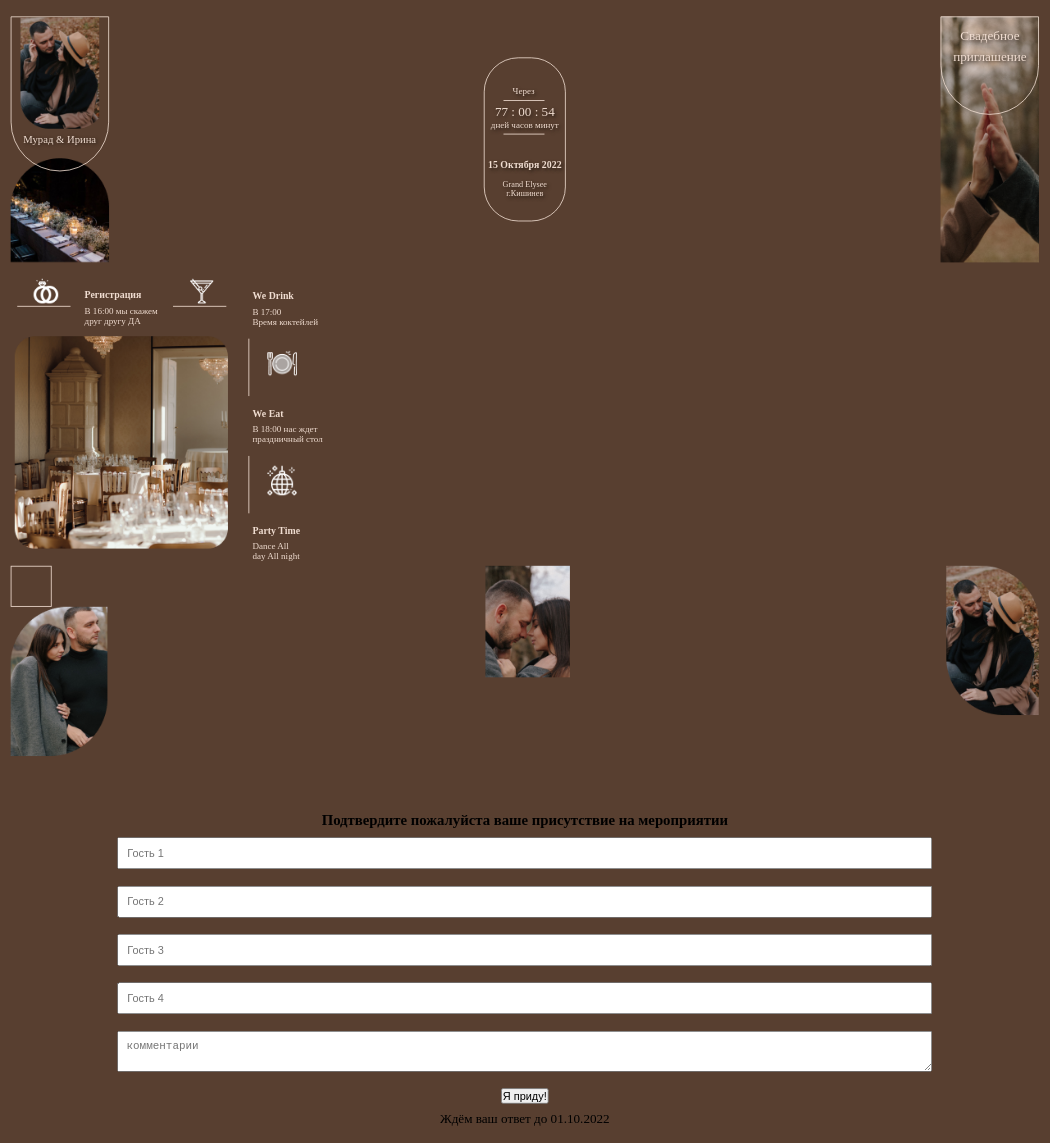
Repository: Anthony8845/wedding_invitation
Page: index.html
These files come from the project's save history. The page is drawn as it stood at one moment and after the next save; the edit follows.
The browser window is 1280 px wide. The pictures show the whole page, at 82% of full size.

Above is the page before, as saved 2022-07-30 11:42:10.

### index.html
<!DOCTYPE html>
<html lang="en">
<head>
    <meta charset="UTF-8">
    <meta http-equiv="X-UA-Compatible" content="IE=edge">
    <meta name="viewport" content="width=device-width, user-scalable=yes">
    <link rel="stylesheet" href="./style.css">
    <script defer src="./script.js"></script>
    <title>Приглашение на свадьбу</title>
</head>
<body>

    <div class="invitation">
        <div class="info">
            <div class="info_block">
                <div class="info_border">
                    <div class="info_img-u"></div>
                    <div class="info_name">Мурад & Ирина</div>
                </div>
                <div class="info_img-d"></div>
            </div>
            <div class="info_block">
                <div class="block__data">
                    <div class="container">
                        <span class="bord">Через</span>
                        <p id="timer">
                            <span id="timer-days"></span>
                            <span id="timer-hours"></span>
                            <span id="timer-mins"></span>
                            <br>
                        </p>
                        <div >
                            <span>дней</span>
                            <span>часов</span>
                            <span>минут</span>
                        </div>
                       <div class="date_border"></div>
                    </div>
                    <div class="info_date">
                        <h4>15 Октября 2022</h4>
                        <p>Grand Elysee <br>
                            г.Кишинев</p>
                    </div>
                </div>
            </div>
            <div class="info_block">
                <div class="info_invitation">Свадебное<br>приглашение</div>
                <div class="info_img-r"></div>
            </div>

        </div>
        <div class="timetable">
            <div class="timetable_block">
                <div class="block_icon">
                    <div class="icon_reg icon"></div>
                    <div class="line_icon-d"></div>
                </div>
                <div class="block_reg">
                    <h4>Регистрация</h4>
                    <p>В 16:00 мы скажем <br> друг другу ДА</p>
                </div>
                <div class="block_icon">
                    <div class="icon_drink icon"></div>
                    <div class="line_icon-d"></div>
                </div>

            </div>
            <div class="timetable_block">
                <div class="img_table"></div>
            </div>
            <div class="timetable_block">
                <div class="block_drink">
                    <h4>We Drink</h4>
                    <p>В 17:00<br> Время коктейлей</p>
                </div>
                <div class="block_icon">
                    <div class="icon_eat icon"></div>
                    <div class="line_icon-l"></div>
                </div>

                <div class="block_eat">
                    <h4>We Eat</h4>
                    <p>В 18:00 нас ждет <br> праздничный стол</p>
                </div>

                <div class="block_icon">
                    <div class="icon_party icon"></div>
                    <div class="line_icon-l"></div>
                </div>

                <div class="block_party">
                    <h4>Party Time</h4>
                    <p>Dance All<br> day All night</p>
                </div>
            </div>
        </div>
        <div class="thanks">
            <div class="thanks_one">
                <div class="one_border"></div>
                <div class="one_img"></div>
            </div>
            <div class="thanks_two">
                <div class="two"></div>
                <div class="two_img"></div>
            </div>
            <div class="thanks_three">
                <div class="three_img"></div>
                <div class="three_border"></div>
            </div>
        </div>
        <form class="form"  action="mail.php"  method="POST" >
            <h2 class="form__header">Подтвердите пожалуйста ваше присутствие на мероприятии</h2>
            <input class="form__input_item" type="text" name="Guest1" placeholder="Гость 1">
            <input class="form__input_item" type="text" name="Guest2" placeholder="Гость 2">
            <input class="form__input_item" type="text" name="Guest3" placeholder="Гость 3">
            <input class="form__input_item" type="text" name="Guest4" placeholder="Гость 4">
            <textarea class="form__comment" name="Comment" placeholder="комментарии"></textarea>
            <button class="form__btn">Я приду!</button>
        </form>
        <div class="footer">Ждём ваш ответ до 01.10.2022</div>
    </div>
</body>
</html>

### style.css
* {
    box-sizing: border-box;
    margin: 0;
    padding: 0;
}

body{

    padding: 20px 0;
    background-color: rgb(88, 63, 48);
}



.invitation {
    display: flex;
    flex-direction: column;
    margin: 0 1% 0 1%;
}
.info {
    text-align: center;
    margin-bottom: 20px;
    display: flex;
    justify-content: space-between;
    color: rgb(240, 221, 209);
    text-shadow: 2px 2px 4px rgb(44, 32, 24);
}
.info_block .block__data{
    display: flex;
    justify-content: center;
    align-items: center;
   margin-top: 50px;
}
.info_border {
    width: 120px;
    position: absolute;
    border: 1px solid rgb(240, 221, 209);
    padding-bottom: 30px;
    border-radius: 0 0 60px 60px;

}
.info_img-u {
    width: 120px;
    height: 136px;
    background: url(./img/IMG_2.png) no-repeat;
    margin-left: auto;
    margin-right: auto;
    width: 6em;
    margin-bottom: 5px;


}
.info_name {
    font-size: 13px;
}
.info_img-d {
    margin-top: 173px;
    width: 120px;
    height: 127px;
    background: url(./img/Image.png) no-repeat;
}

.info_img-r {
    width: 120px;
    height: 300px;
    background: url(./img/IMG_104-300.png) no-repeat;
    background-size: cover;
}


.block__data {
    font-size: 11px;
    display: flex;
    flex-direction: column;
    /* vertical-align: middle; */
    width: 100px;
    height: 200px;
    border: 1px solid rgb(240, 221, 209);
    border-radius: 42px;
}
.container{
    font-size: 11px;
}

.container #timer{
    font-size: 16px;
    /* display: flex;
    flex-direction: row; */
}

.info_timer {

}
#timer {
    padding: 5px 0 0 0;
}

.bord {
    display: block;
    width: 50px;
    padding: 5px 0;
    margin-left: 15px;
    border-bottom: 1px solid rgb(240, 221, 209);
}

.date_border {
    width: 50px;
    margin-left: 15px;
    padding: 0 0 5px 0;
    border-bottom: 1px solid rgb(240, 221, 209);
}

.info_date {
    margin-top: 30px;
    font-size: 10px;
}
.info_date h4 {
    font-size: 12px;
    padding-bottom: 10px;
}

.info_invitation{
    width: 120px;
    height: 120px;
    position: absolute;
    border: 1px solid rgb(240, 221, 209);
    border-radius: 0 0 60px 60px;
    padding-top: 10px;
    line-height: 25px;
}

.icon {
    width: 30px;
    height: 30px;
}

.block_icon{
    padding: 0 0 0 23px;
    width: 70px;
    height: 70px;
}

.line_icon-d{
    width: 65px;
    position: relative;
    right: 20px;
    padding-top: 3px;
    border-bottom: 1px solid rgb(240, 221, 209);
}
.line_icon-l{

}

.timetable {
    margin-left: 5px;
    font-size: 11px;
    color: rgb(240, 221, 209);
    max-width: 390px;
    height: 350px;
    display: flex;
    flex-direction: column;
    flex-wrap: wrap;

}
.timetable_block {
    /* text-align: center; */
    max-width: 260px;
    display: flex;
    justify-content: space-between;
}



.timetable_block:last-child {
    margin-top: 14px;
    margin-left: 1em;
    height: 330px;
    display: flex;
    flex-direction: column;
    /* justify-content: space-between; */
}

.timetable_block:last-child .block_icon{
    border-left: 1px solid rgb(240, 221, 209);
    padding: 12px 2px 0 22px;
    /* height: 30px; */
}

.timetable_block:last-child .icon {
    width: 36px;
    height: 36px;
}

.timetable_block h4 {
    font-size: 12px;
    padding-bottom: 5px;
}

.icon_reg {

    background: url(./img/wedding-rings.png) no-repeat ;
    background-size: contain;
}
.block_reg {
   padding-top: 5%;
}
.icon_drink {

    background: url(./img/martini.png) no-repeat;
    background-size: contain;
}
.img_table {
    width: 260px;
    height: 259px;
    background: url(./img/interior.png);
}
.block_drink {
    padding-left: 5px;
}
.icon_eat {
    background: url(./img/dish.png) no-repeat;
    background-size: contain;
}
.block_eat {
    padding-left: 5px;
}
.icon_party {
    background: url(./img/mirror-ball.png);
    background-size: contain;
}
.block_party {
    padding-left: 5px;
}
.thanks{
    display: flex;
    flex-direction: row;
    justify-content: space-between;
}
.thanks_one {
    width: 120px;
    height: 300px;
}
.one_border {
    width: 50px;
    height: 50px;
    border: 1px solid rgb(240, 221, 209);
}
.one_img {
    width: 118px;
    height: 182px;
    background: url(./img/IMG1.png);
}
.thanks_two {
}
.two {
}
.two_img {
    width: 103px;
    height: 136px;
    background: url(./img/IMG2.png);
}
.thanks_three {
}
.three_border {
}
.three_img {
    width: 113px;
    height: 182px;
    background: url(./img/IMG3.png);
}



.form {

    text-align: center;
    margin: 0 10%;

    display: flex;
    flex-direction: column;

}

.form::after {
    content: '';
    position: absolute;
    top: 0;
    left: 0;
    width: 100%;
    height: 100%;
    background: #767676 url(./img/heart.gif) center /50px no-repeat;
    opacity: 0;
    visibility: hidden;
}

.form._sending::after {
    opacity: 0.8;
    visibility: visible;
}


.form__header {
    font-size: 18px;
}

.form__input_item {
    margin: 10px 5px;
    padding: 10px 10px;

}

.form__comment {
    padding: 10px 10px;
    margin: 10px 5px;
    resize: vertical;
    height: 50px;
}

.form__btn {
    margin: 0 auto;
    margin-top: 10px;
    max-width: 70px;
}

.footer {
    margin-top: 10px;
    text-align: center;
}

### script.js
var endDate = new Date("Oct 15, 2022 12:00:00").getTime();
var timer = setInterval(function() {
    let now = new Date().getTime();
    let t = endDate - now;

    if (t >= 0) {

        let days = Math.floor(t / (1000 * 60 * 60 * 24));
        let hours = Math.floor((t % (1000 * 60 * 60 * 24)) / (1000 * 60 * 60));
        let mins = Math.floor((t % (1000 * 60 * 60)) / (1000 * 60));


        document.getElementById("timer-days").innerHTML = days +
        "<span class='label'> :</span>";

        document.getElementById("timer-hours").innerHTML = ("0"+hours).slice(-2) +
        "<span class='label'> :</span>";

        document.getElementById("timer-mins").innerHTML = ("0"+mins).slice(-2) +
        "<span class='label'></span>";


    } else {
        document.getElementById("timer").innerHTML = "The countdown is over!";

    }

}, 1000);


// 'use strict'

// document.addEventListener('DOMContentLoaded', function () {
//     const form = document.querySelector('.form');

//     form.addEventListener('submit', formSend);

//     async function formSend(e) {
//         e.preventDefault();

//         let formData = new FormData(form)


//         form.classList.add('_sending')

//         let responce = await fetch('send.php', {
//             method: 'POST',
//             body: formData
//         })
//         console.log(responce)
//         if(responce.ok) {
//             let result = await responce.json();
//             console.log(result.message)
//             form.reset()
//             form.classList.remove('_sending')

//         }else{
//             alert('Error бл')
//         }
//     }
// })

After the next save:
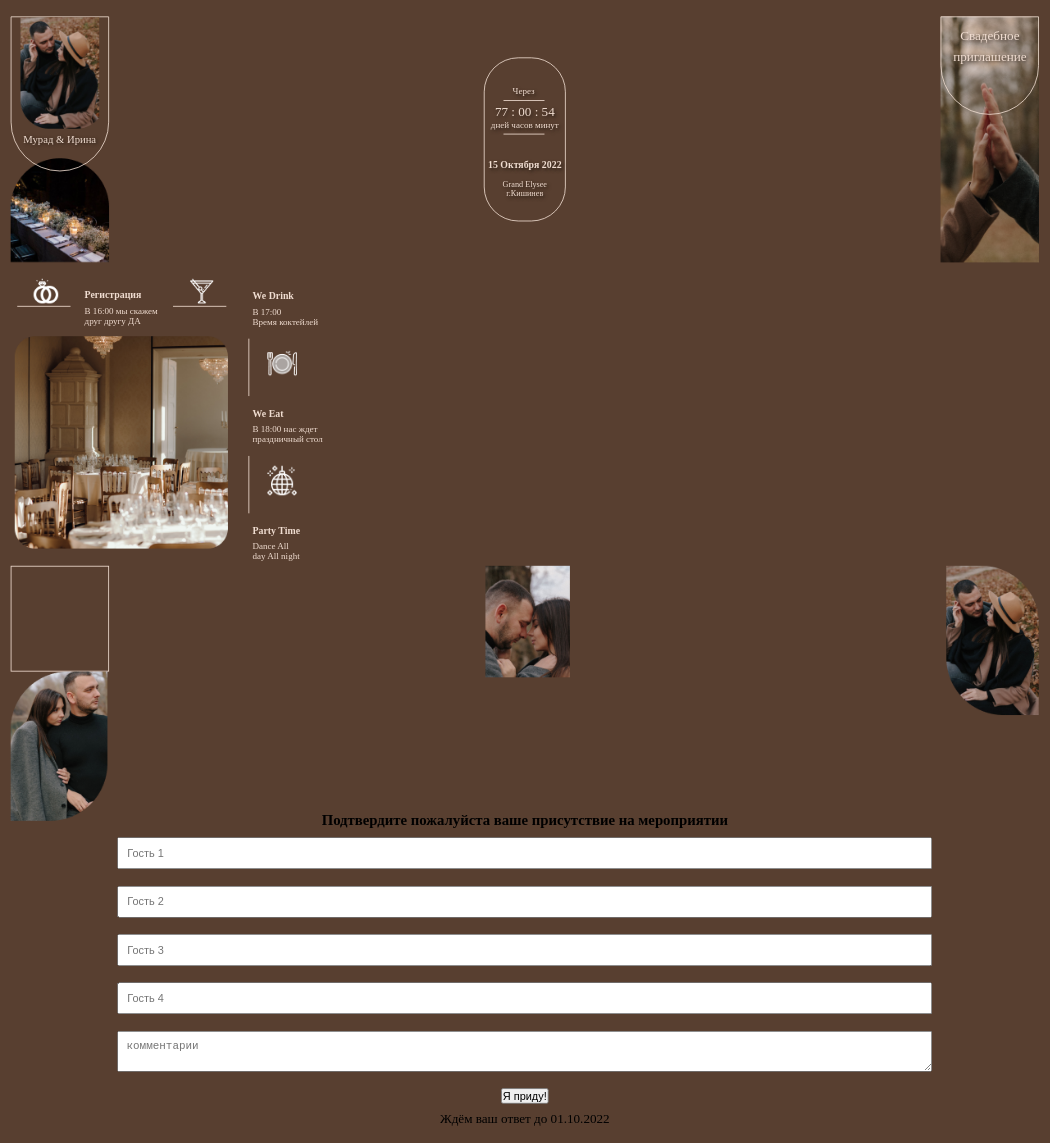
Saved 12 s later.
--- a/style.css
+++ b/style.css
@@ -241,8 +241,8 @@ body{
     height: 300px;
 }
 .one_border {
-    width: 50px;
-    height: 50px;
+    width: 120px;
+    height: 129px;
     border: 1px solid rgb(240, 221, 209);
 }
 .one_img {
